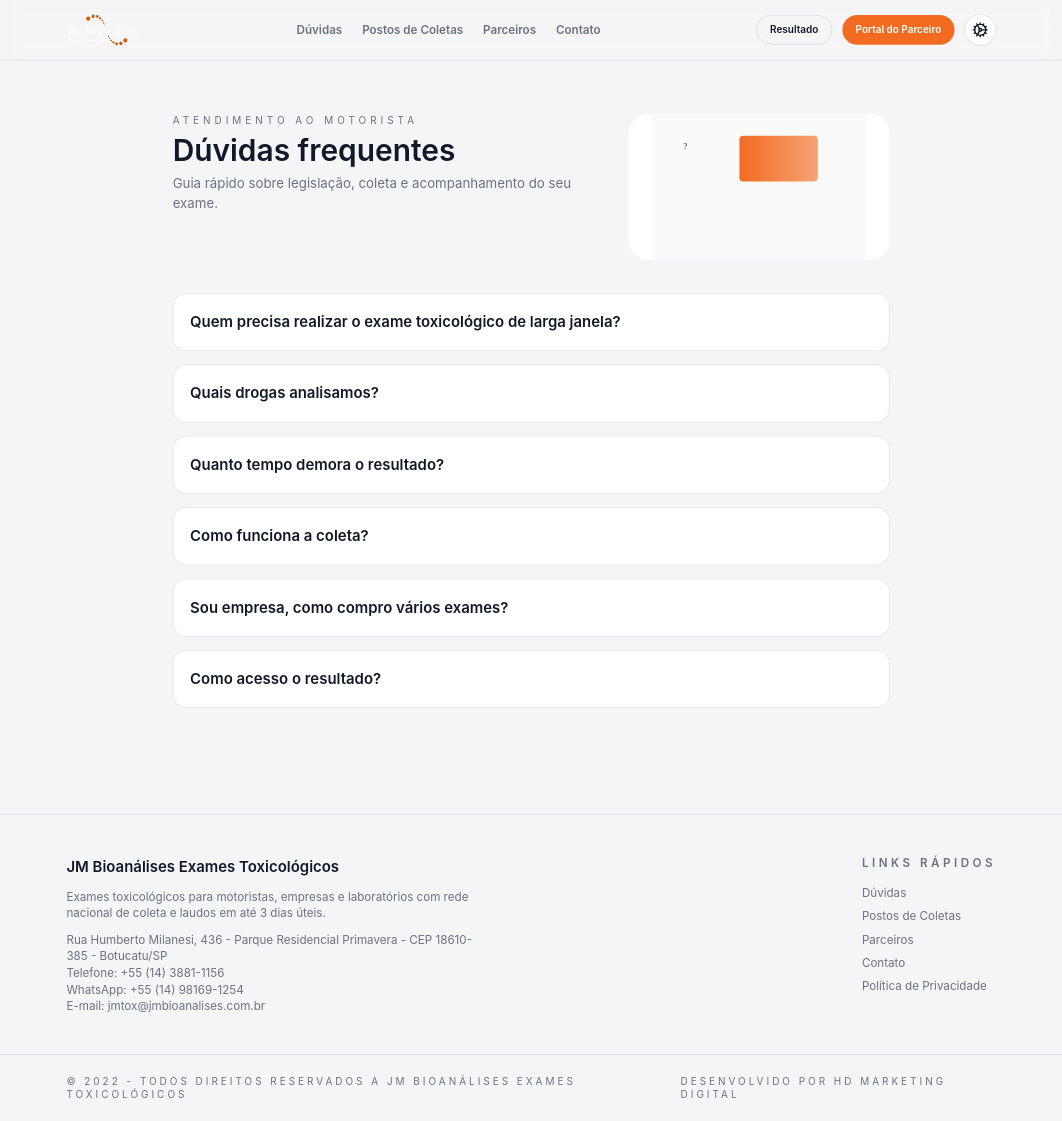
Repository: 1xLab/cat1
Page: /duvidas-frequentes
These files come from the project's save history. The page is drawn as it stood at one moment and after the next save; the edit follows.
The browser window is 1280 px wide. The pictures show the whole page, at 83% of full size.
The page's requests for data from a server got no answer. The project was rebuilt for these pictures with package versions that can differ from the ones it lists, and the page was loaded fresh each time. The framework's server and built-in components were replaced by stand-ins that run in the browser. No one was signed in, and anything a server would have sent is missing. Also part of the build but not shown: next.config.ts.

Above is the page before, as saved 2025-11-19 21:52:45.

After the next save:
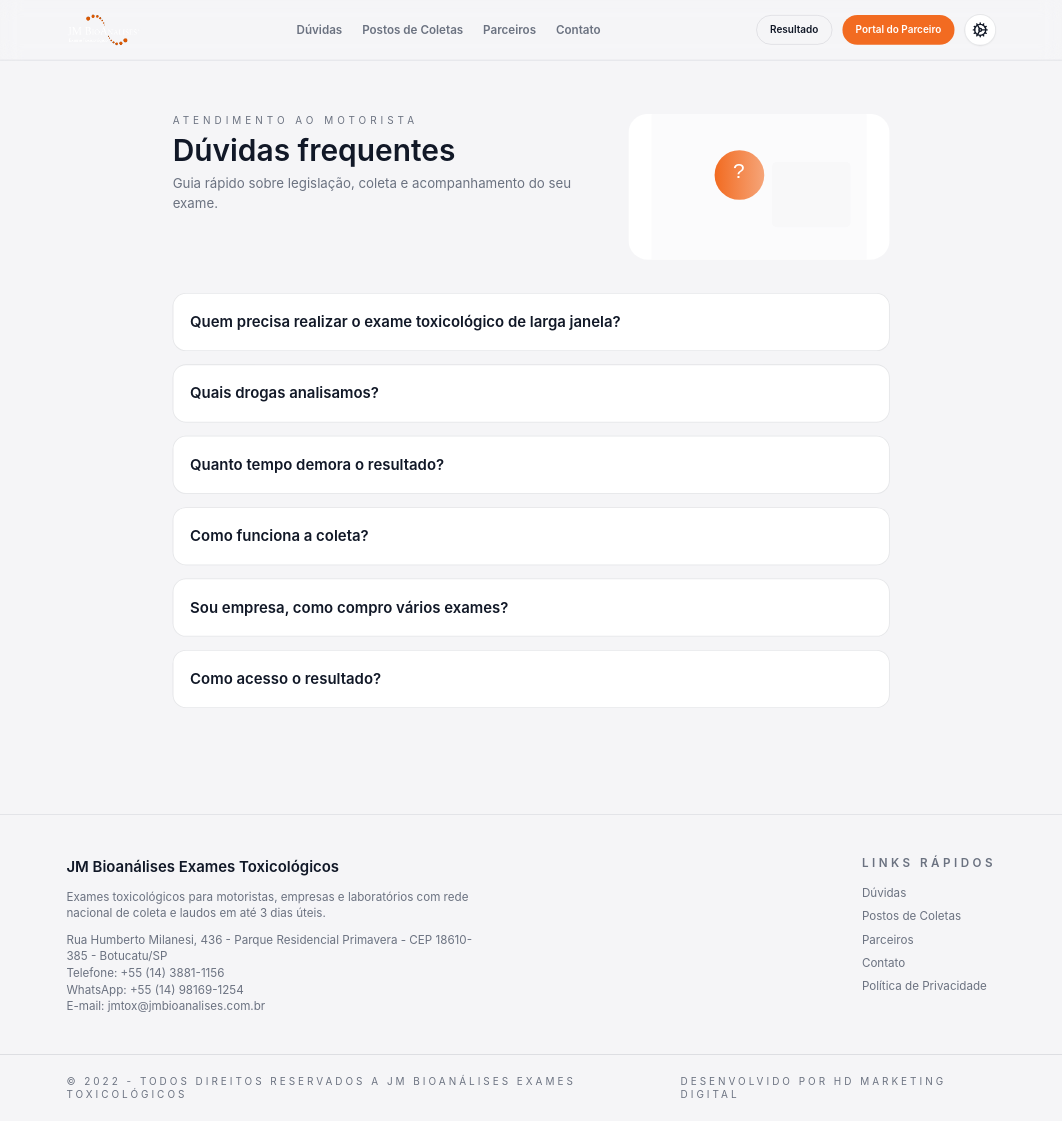
Saved 5 s later.
--- a/src/app/duvidas-frequentes/page.tsx
+++ b/src/app/duvidas-frequentes/page.tsx
@@ -1,7 +1,7 @@
 import Image from "next/image";
 import type { Metadata } from "next";
 
-const illustration = "/imagens/illustration-duvidas-clean.svg";
+const illustration = "/imagens/illustration-duvidas-v2.svg";
 
 const faqs = [
   {
